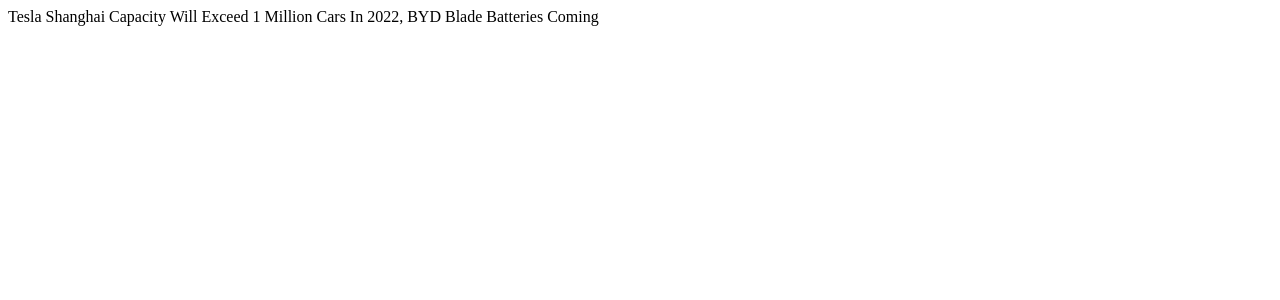
Repository: giovanabirck/lab-01-news
Page: /
An editor plug-in stored every save of this project. The page is shown before and after a run of saves, followed by the edit.
The browser window is 1280 px wide. The pictures show the whole page.
The project was rebuilt for these pictures with package versions that can differ from the ones it lists, and the page was loaded fresh each time. The framework's server and built-in components were replaced by stand-ins that run in the browser. Also part of the build but not shown: next.config.js, styles/globals.css.

Above is the page before, as saved 2023-09-17 20:18:58.

### pages/index.js
import Head from 'next/head'

const news01 = {
  "title": "Tesla Shanghai Capacity Will Exceed 1 Million Cars In 2022, BYD Blade Batteries Coming",
  "link": "https://cleantechnica.com/2022/02/14/tesla-shanghai-capacity-will-exceed-1-million-cars-in-2022-byd-blade-batteries-coming/",
  "keywords": [
    "Electric Cars",
    "Uncategorized",
    "BYD",
    "BYD Blade Battery",
    "Tesla",
    "Tesla batteries",
    "Tesla factories",
    "Tesla Giga Shanghai",
    "Tesla Gigafactories"
  ],
  "creator": [
    "Steve Hanley"
  ],
  "video_url": null,
  "description": "Tesla's Giga Shanghai is expanding and will soon be able to manufacture more than 1 million cars a year.",
  "content": null,
  "pubDate": "2022-02-14 05:28:46",
  "full_description": "According to reports from CnEVPost , the manufacturing capacity of the Tesla Gigafactory in Shanghai is expected to increase to more than 1 million cars a year in the near future. In addition, it reports that BYD will supply about 10 GWh of its LFP Blade batteries a year to Tesla — enough to power more than 200,000 cars. Tesla Giga Shanghai Growth Tesla began a major expansion of its Gigafactory in Shanghai late last year. Currently, it is capable of building 450,000 cars a year . That number is expected to rise to more than 1 million cars a year once the expansion in complete. The enlarged facility is scheduled to begin production in April of this year, according to sources. Tesla said when the expansion project began it would achieve capacity increases by increasing work hours, increasing the number of employees, and increasing the frequency of material turnover. It expects to add 4,000 employees to its payroll, bringing the total workforce at the Shanghai factory to 19,000. This month, on the first day of the Chinese New Year, Tesla posted openings for 1,523 new positions in 11 categories including sales and delivery, service, R&D, manufacturing, infrastructure, and supply chain. The production line optimization will focus on expanding the press shop, body shop, paint shop, final assembly shop, and logistics operation center. BYD Blade Battery Order Rumors have been circulating for some time that Tesla China has placed a large order for BYD Blade batteries . Recently, a source within China posted on social media that BYD will begin mass production of its C112F LFP batteries in March and that Teslas fitted with the new batteries are scheduled to begin shipping from Giga Shanghai in the second quarter. Later, the post was deleted, apparently not because the information was inaccurate but because BYD wished to make the official announcement itself. If Tesla does indeed expand its Giga Shanghai capacity to 1 million cars, BYD could be the battery supplier for about 20% of them. Cars built in China won’t be reserved exclusively for in-country sales but will be shipped to other markets in Asia. The standard range versions of the Model 3 and Model Y currently produced at Tesla’s Shanghai use LFP batteries manufactured by CATL at its factory located just a few blocks away from Giga Shanghai . Tesla has indicated that LFP batteries will be used in both the standard and long range versions of its Model 3 and Model Y cars manufactured in the US and in Europe. BYD already has a US battery factory that manufactures LFP batteries. We leave it to our readers to connect the dots. Appreciate CleanTechnica’s originality? Consider becoming a CleanTechnica Member, Supporter, Technician, or Ambassador — or a patron on Patreon . Advertisement Have a tip for CleanTechnica, want to advertise, or want to suggest a guest for our CleanTech Talk podcast? Contact us here . Twitter LinkedIn Facebook",
  "image_url": null,
  "source_id": "cleantechnica",
  "country": [
    "united states of america"
  ],
  "category": [
    "business"
  ],
  "language": "english"
}

export default function News() {
  return (
    <>
      <Head>
        <title>Lab 01</title>
        <link rel="icon" href="/favicon.ico" />
      </Head>

      <main>
        <div>
          {news01.title}
        </div>
      </main>
    </>
  )
}

Loaded but not shown: pages/_app.js (common file); pages/_document.js (common file)

After the next 4 saves:
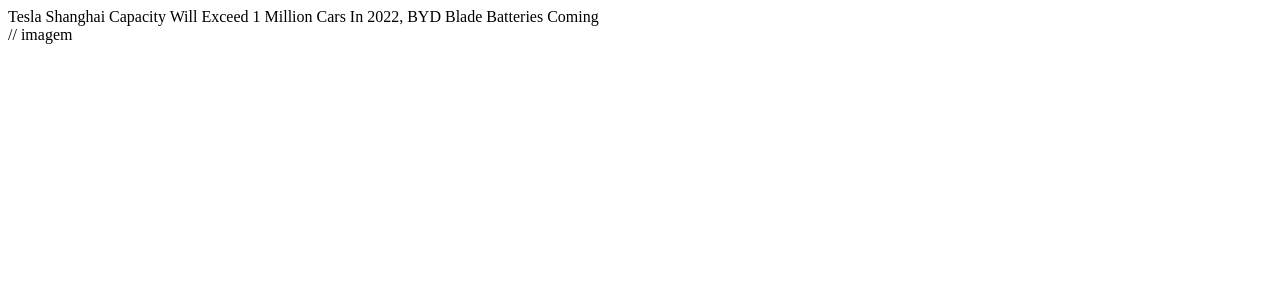
The 4 saves are shown as one change because they came seconds apart.
The last was saved 69 s later.
--- a/pages/index.js
+++ b/pages/index.js
@@ -45,6 +45,7 @@
         <div>
           {news01.title}
         </div>
+        // imagem
       </main>
     </>
   )
